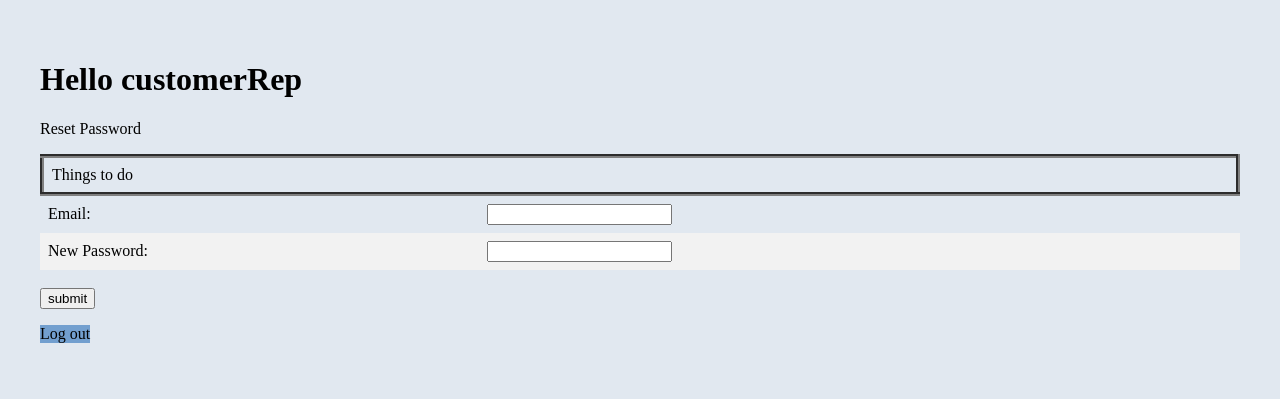
Repository: nicholaschiarulli/AuctionWebApp
Page: http://localhost/cs336Final/customerRepresentativePage.jsp
An editor plug-in stored every save of this project. The page is shown before and after the next save, followed by the edit.
The browser window is 1280 px wide. The pictures show the whole page.
The page is served by Tomcat 9. Queries for data that is not in the repository find no rows.

Above is the page before, as saved 2019-04-10 04:45:29.

After the next save:
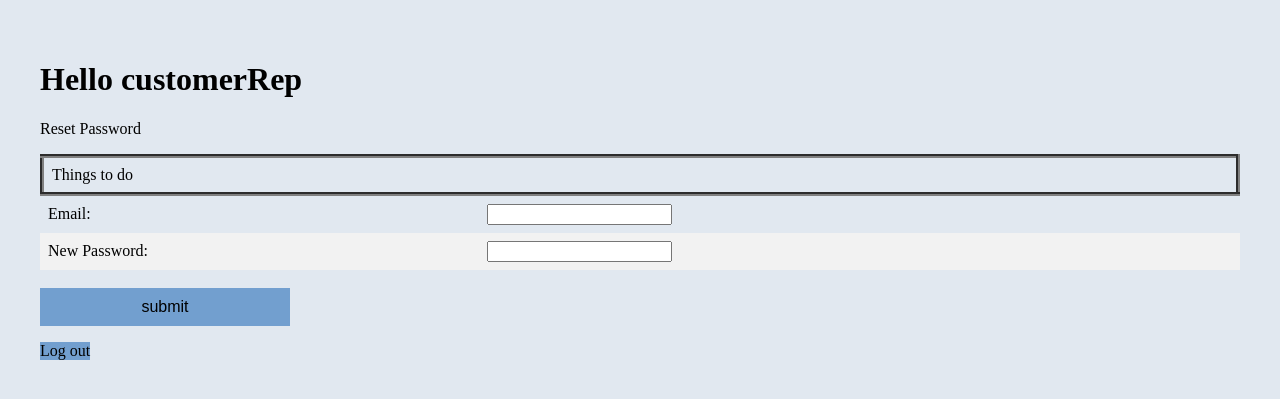
Saved 3 min 18 s later.
--- a/cs336Final/WebContent/customerRepresentativePage.jsp
+++ b/cs336Final/WebContent/customerRepresentativePage.jsp
@@ -52,7 +52,7 @@ pageEncoding="ISO-8859-1" import="com.cs336.pkg.*"%>
 </tr>
 </table>
 <br>
-<input type="submit" value="submit">
+<input type="submit" value="submit" class="button">
 </form>
 
 <p><a href='logout.jsp'>Log out</a></p>
